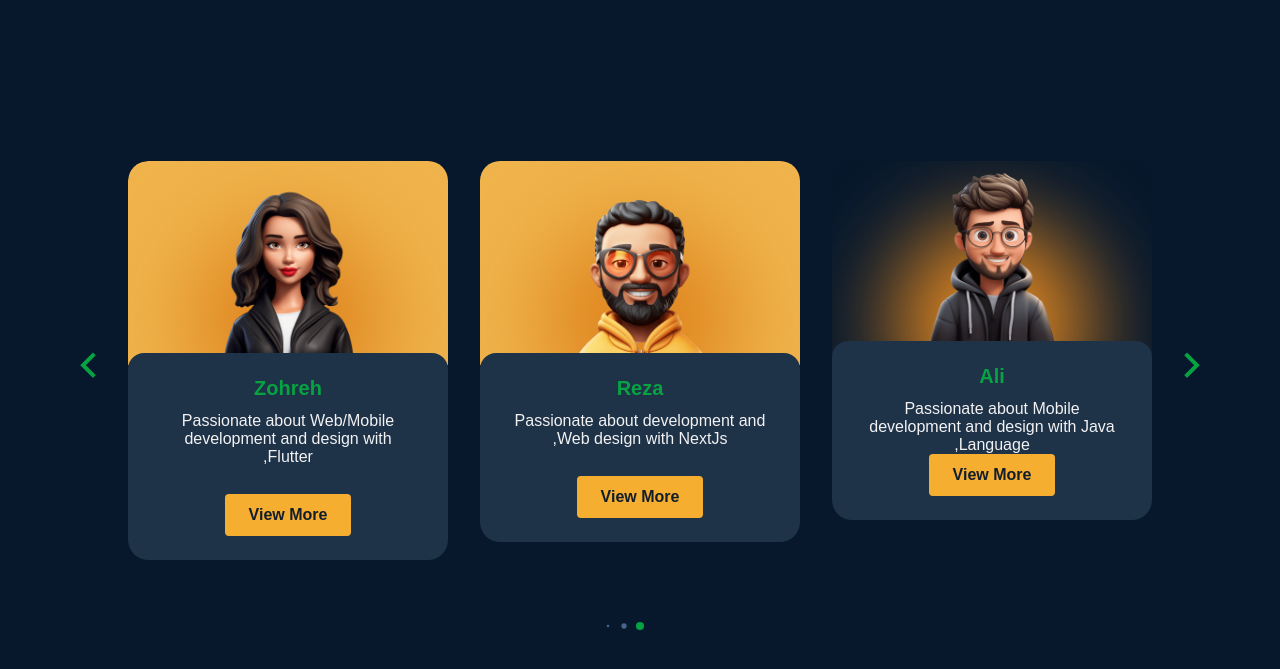
Repository: soroush-g/Card-Slider
Page: index.html
An editor plug-in stored every save of this project. The page is shown before and after the next save, followed by the edit.
The browser window is 1280 px wide. The pictures show the whole page.
Some web fonts or font styles are not loaded; a fallback is used.

Above is the page before, as saved 2024-07-22 11:25:48.

### index.html
<!DOCTYPE html>
<html dir="rtl" lang="fa">
<head>
    <meta charset="UTF-8">
    <meta name="viewport" content="width=device-width, initial-scale=1.0">

        <!--=============== REMIXICONS ===============-->
        <link rel="stylesheet" href="https://cdnjs.cloudflare.com/ajax/libs/remixicon/3.5.0/remixicon.css" crossorigin="">

        <!--=============== SWIPER CSS ===============-->
        <link rel="stylesheet" href="assets/css/swiper-bundle.min.css">

        <!--=============== CSS ===============-->
        <link rel="stylesheet" href="assets/css/styles.css">
    <title>Card Slider</title>
</head>
<body>
    <section class="container">
        <div class="card__container swiper">
            <div class="card__content">
                <div class="swiper-wrapper">

                    <article class="card__article swiper-slide">
                        <div class="card_image">
                          <img src="assets/img/avatar-1.png" alt="image" class="card__img">
                          <div class="card__shadow"></div>
                        </div>

                        <div class="card__data">
                            <h3 class="card__name">Ali</h3>
                            <p class="card_description">
                                Passionate about Mobile development and design with Java Language,
                            </p>

                            <a href="#" class="card__button">View More</a>
                        </div>
                    </article>

                    <article class="card__article swiper-slide">
                        <div class="card__image">
                            <img src="assets/img/avatar-2.png" alt="image" class="card__img">
                            <div class="card__shadow"></div>
                        </div>
                        <div class="card__data">
                            <h3 class="card__name">Reza</h3>
                            <p class="card__description">
                               Passionate about development and Web design with NextJs,
                            </p>

                            <a href="#" class="card__button">View More</a>
                         </div>
                    </article>

                    <article class="card__article swiper-slide">
                        <div class="card__image">
                            <img src="assets/img/avatar-3.png" alt="image" class="card__img">
                            <div class="card__shadow"></div>
                        </div>
                        <div class="card__data">
                            <h3 class="card__name">Zohreh</h3>
                            <p class="card__description">
                               Passionate about  Web/Mobile development and design with Flutter,
                            </p>

                            <a href="#" class="card__button">View More</a>
                         </div>
                    </article>

                    <article class="card__article swiper-slide">
                        <div class="card__image">
                            <img src="assets/img/avatar-4.png" alt="image" class="card__img">
                            <div class="card__shadow"></div>
                        </div>
                        <div class="card__data">
                            <h3 class="card__name">Nastaran</h3>
                            <p class="card__description">
                               Passionate about Python Developer,
                            </p>

                            <a href="#" class="card__button">View More</a>
                         </div>
                    </article>

                    <article class="card__article swiper-slide">
                        <div class="card__image">
                            <img src="assets/img/avatar-5.png" alt="image" class="card__img">
                            <div class="card__shadow"></div>
                        </div>
                        <div class="card__data">
                            <h3 class="card__name">Mina</h3>
                            <p class="card__description">
                               Passionate about Scrum Master,
                            </p>

                            <a href="#" class="card__button">View More</a>
                         </div>
                    </article>
                </div>
            </div>

            <!-- Navigation buttons -->
             <div class="swiper-button-next">
                <i class="ri-arrow-right-s-line"></i>
             </div>

             <div class="swiper-button-prev">
                <i class="ri-arrow-left-s-line"></i>
             </div>

            <!-- Pagination -->
            <div class="swiper-pagination"></div>
        </div>
    </section>


      <!--=============== SWIPER JS ===============-->
      <script src="assets/js/swiper-bundle.min.js"></script>

      <!--=============== MAIN JS ===============-->
      <script src="assets/js/main.js"></script>
</body>
</html>

### assets/css/styles.css
/*=============== GOOGLE FONTS ===============*/
@import url("https://fonts.googleapis.com/css2?family=Bai+Jamjuree:wght@400;500;600&display=swap");

/*=============== VARIABLES CSS ===============*/
:root {
  /*========== Colors ==========*/
  /*Color mode HSL(hue, saturation, lightness)*/
  --first-color: hsl(38, 92%, 58%);
  --first-color-light: hsl(38, 85%, 62%);
  --first-color-alt: hsl(32, 75%, 50%);
  --second-color: hsl(143, 92%, 33%);
  --dark-color: hsl(212, 40%, 12%);
  --white-color: hsl(212, 4%, 95%);
  --body-color: hsl(212, 73%, 10%);
  --container-color: hsl(212, 42%, 20%);

  /*========== Font and typography ==========*/
  /*.5rem = 8px | 1rem = 16px ...*/
  --body-font: "Bai Jamjuree", sans-serif;
  --h2-font-size: 1.25rem;
  --normal-font-size: 1rem;
}

/*=============== BASE ===============*/
* {
  box-sizing: border-box;
  padding: 0;
  margin: 0;
}

body {
  font-family: var(--body-font);
  font-size: var(--normal-font-size);
  background-color: var(--body-color);
  color: var(--white-color);
}

a {
  text-decoration: none;
}

img {
  display: block;
  max-width: 100%;
  height: auto;
}

/*=============== CARD ===============*/
.container {
  display: flex;
  justify-content: center;
  align-items: center;
  height: 100vh;
}

.card__container {
  padding-block: 5rem;
}

.card__content {
  margin-inline: 1.75rem;
  border-radius: 1.25rem;
  overflow: hidden;
}

.card__article {
  width: 300px; /* Remove after adding swiper js */
  border-radius: 1.25rem;
  overflow: hidden;
}

.card__image {
  position: relative;
  background-color: var(--first-color-light);
  padding-top: 1.5rem;
  margin-bottom: -.75rem;
}

.card__data {
  background-color: var(--container-color);
  padding: 1.5rem 2rem;
  border-radius: 1rem;
  text-align: center;
  position: relative;
  z-index: 10;
}

.card__img {
  width: 180px;
  margin: 0 auto;
  position: relative;
  z-index: 5;
}

.card__shadow {
  width: 200px;
  height: 200px;
  background-color: var(--first-color-alt);
  border-radius: 50%;
  position: absolute;
  top: 3.75rem;
  left: 0;
  right: 0;
  margin-inline: auto;
  filter: blur(45px);
}

.card__name {
  font-size: var(--h2-font-size);
  color: var(--second-color);
  margin-bottom: .75rem;
}

.card__description {
  font-weight: 500;
  margin-bottom: 1.75rem;
}

.card__button {
  display: inline-block;
  background-color: var(--first-color);
  padding: .75rem 1.5rem;
  border-radius: .25rem;
  color: var(--dark-color);
  font-weight: 600;
}

/* Swiper class */
.swiper-button-prev:after,
.swiper-button-next:after {
  content: "";
}

.swiper-button-prev,
.swiper-button-next {
  width: initial;
  height: initial;
  font-size: 3rem;
  color: var(--second-color);
  display: none;
}

.swiper-button-prev {
  left: 0;
}

.swiper-button-next {
  right: 0;
}

.swiper-pagination-bullet {
  background-color: hsl(212, 32%, 40%);
  opacity: 1;
}

.swiper-pagination-bullet-active {
  background-color: var(--second-color);
}

/*=============== BREAKPOINTS ===============*/
/* For small devices */
@media screen and (max-width: 320px) {
  .card__data {
    padding: 1rem;
  }
}

/* For medium devices */
@media screen and (min-width: 768px) {
  .card__content {
    margin-inline: 3rem;
  }

  .swiper-button-next,
  .swiper-button-prev {
    display: block;
  }
}

/* For large devices */
@media screen and (min-width: 1120px) {
  .card__container {
    max-width: 1120px;
  }

  .swiper-button-prev {
    left: -1rem;
  }
  .swiper-button-next {
    right: -1rem;
  }
}

Loaded but not shown: assets/css/swiper-bundle.min.css (library); assets/js/swiper-bundle.min.js (library); assets/js/main.js (common file)

After the next save:
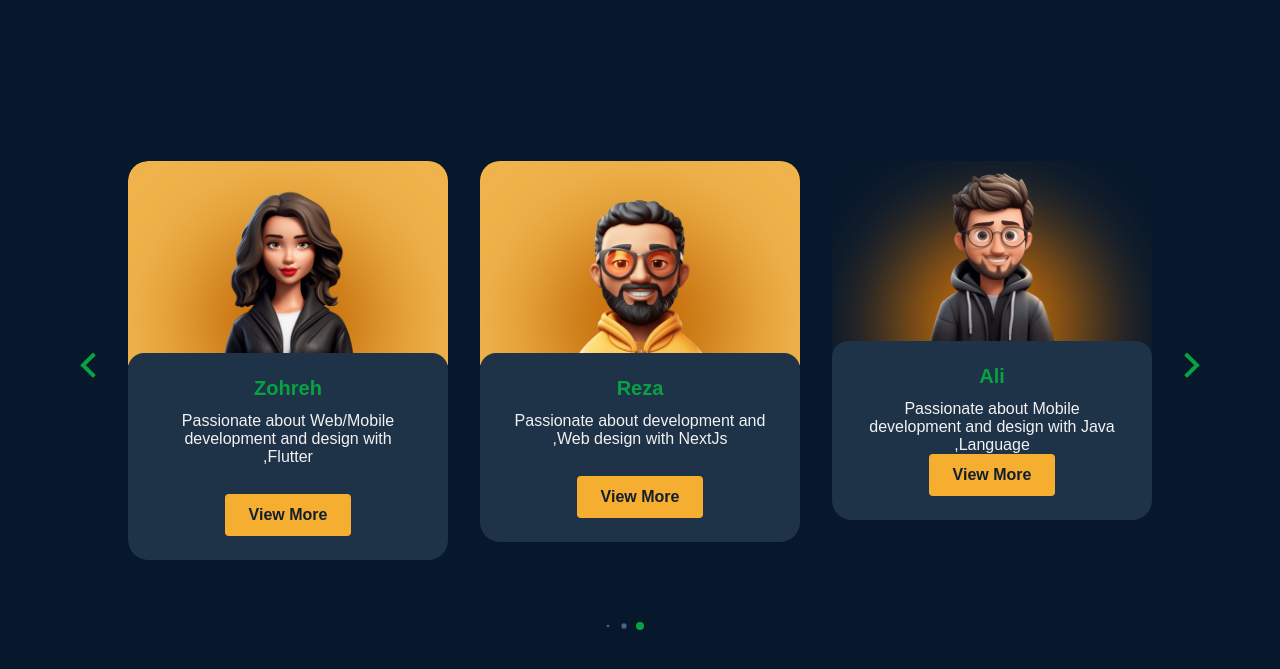
Saved 24 s later.
--- a/assets/css/styles.css
+++ b/assets/css/styles.css
@@ -7,7 +7,7 @@
   /*Color mode HSL(hue, saturation, lightness)*/
   --first-color: hsl(38, 92%, 58%);
   --first-color-light: hsl(38, 85%, 62%);
-  --first-color-alt: hsl(32, 75%, 50%);
+  --first-color-alt: hsl(32, 91%, 40%);
   --second-color: hsl(143, 92%, 33%);
   --dark-color: hsl(212, 40%, 12%);
   --white-color: hsl(212, 4%, 95%);
